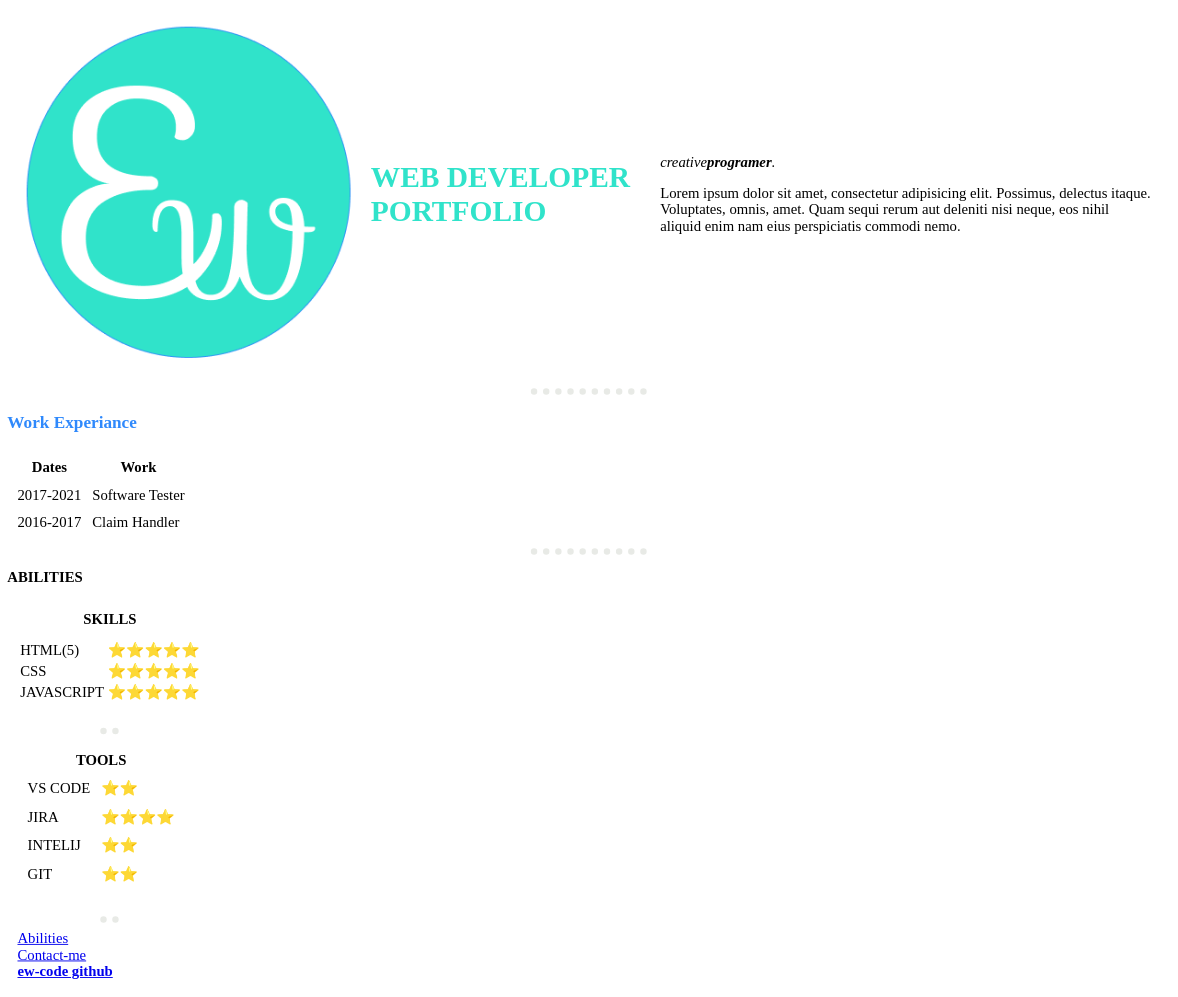
Repository: ew-code/Web-Development
Page: HTML - Personal Site/index.html
An editor plug-in stored every save of this project. The page is shown before and after the next save, followed by the edit.
The browser window is 1280 px wide. The pictures show the whole page, at 92% of full size.

Above is the page before, as saved 2021-01-06 22:31:53.

After the next save:
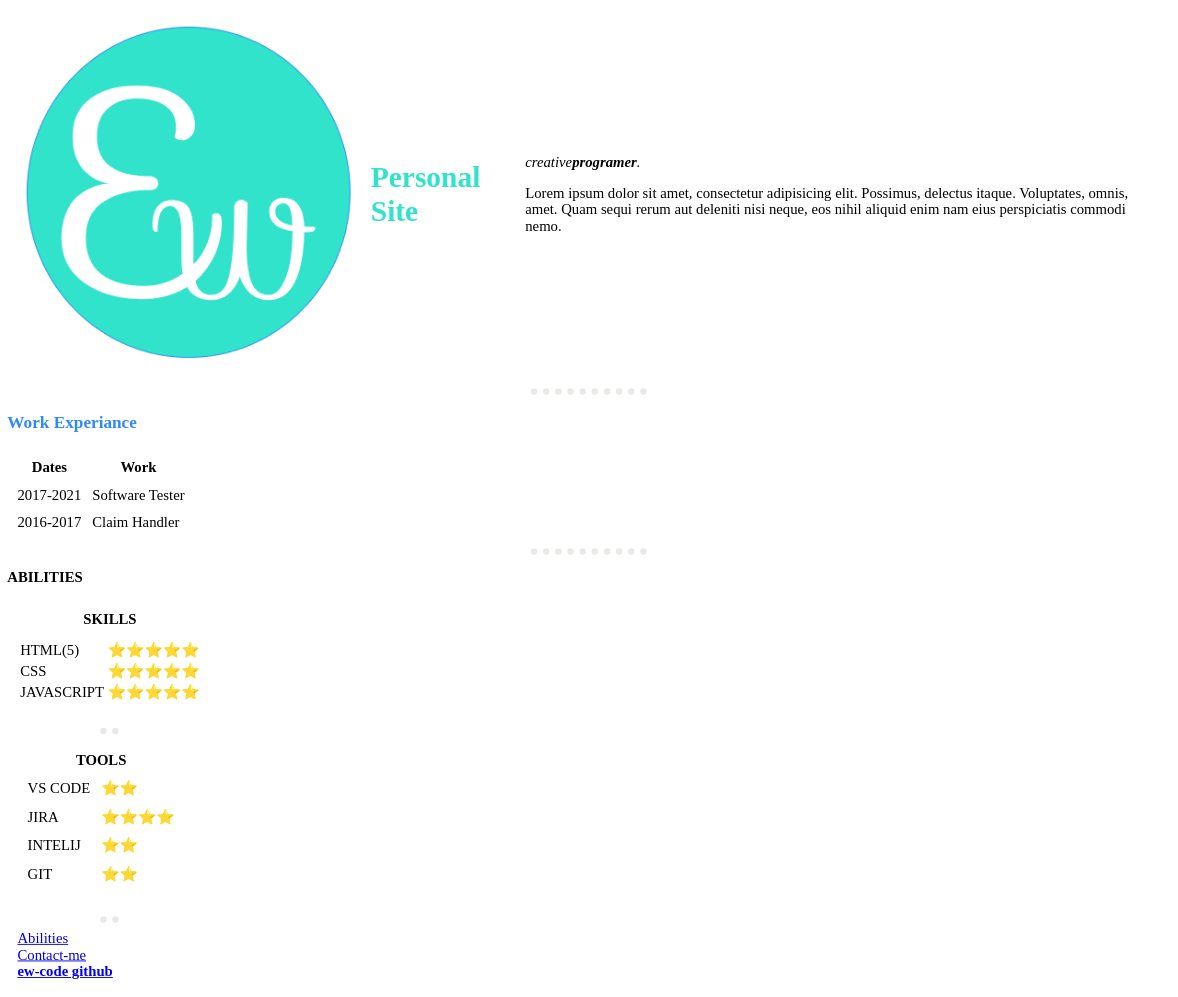
Saved 51 s later.
--- a/HTML - Personal Site/index.html
+++ b/HTML - Personal Site/index.html
@@ -12,7 +12,7 @@
     <tr>
       <td><img src="images/Frame 1.png" alt="dot"></td>
       <td>
-        <h1>WEB DEVELOPER PORTFOLIO</h1>
+        <h1>Personal Site</h1>
       </td>
       <td>
         <p><em>creative<strong>programer</strong>.</em></p>
